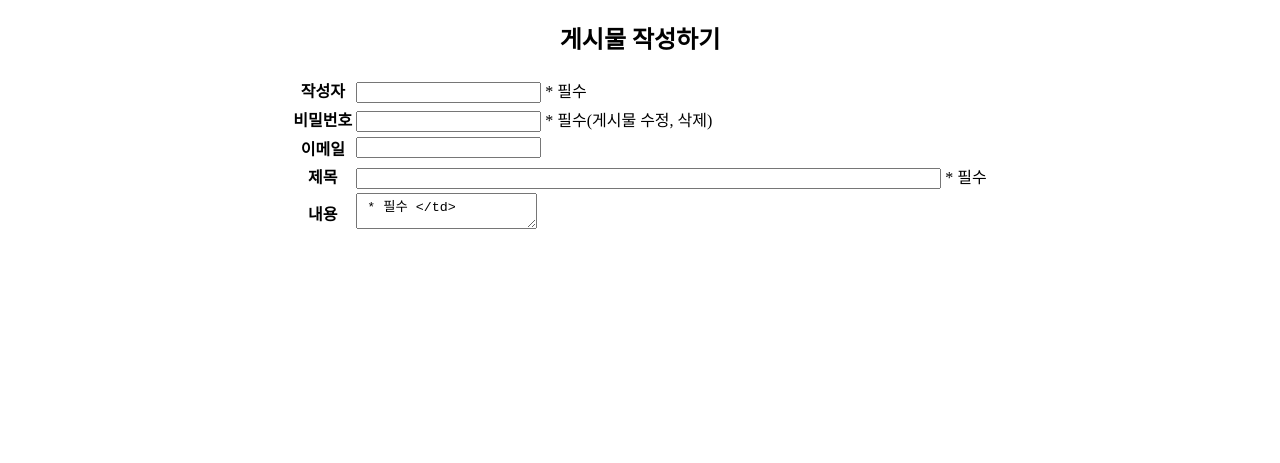
Repository: angwanghyeon/eclipse
Page: http://localhost/sec11/board/boardWrite.jsp
The author's editor kept a copy of each file at every save. The page is drawn from the files as they stood at one save, then again after the next save.
The browser window is 1280 px wide. The pictures show the whole page.
The page is served by Tomcat 9.

Above is the page before, as saved 2023-09-06 01:31:32.

After the next save:
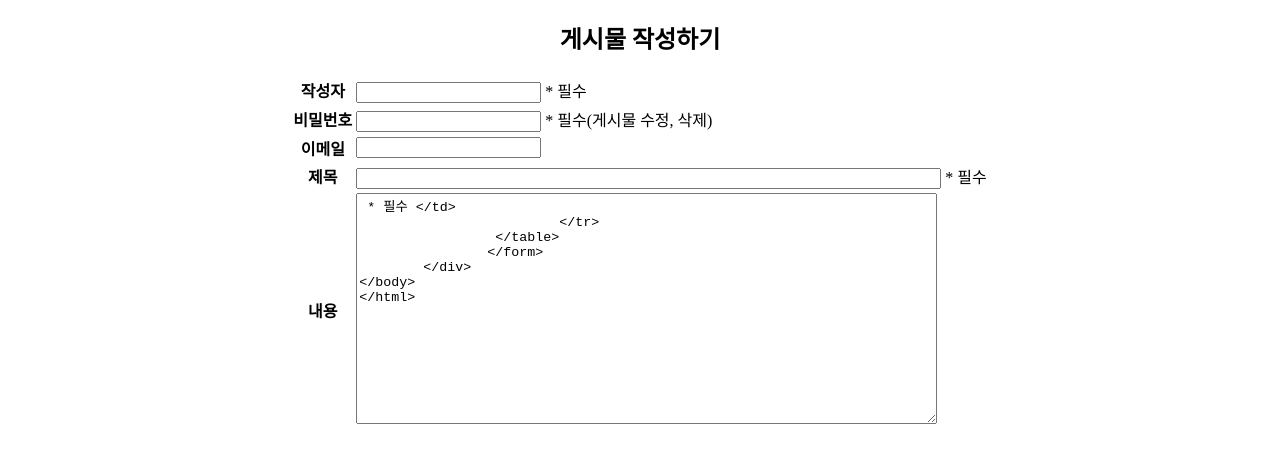
Saved 8 s later.
--- a/sec11/src/main/webapp/board/boardWrite.jsp
+++ b/sec11/src/main/webapp/board/boardWrite.jsp
@@ -30,7 +30,7 @@
 			 </tr>
 			 <tr>
 				<th>내용</th>
-				<td><textarea name="content"> * 필수 </td>
+				<td><textarea name="content" rows="15" cols="70"> * 필수 </td>
 			 </tr>
 		 </table>
 		</form>
